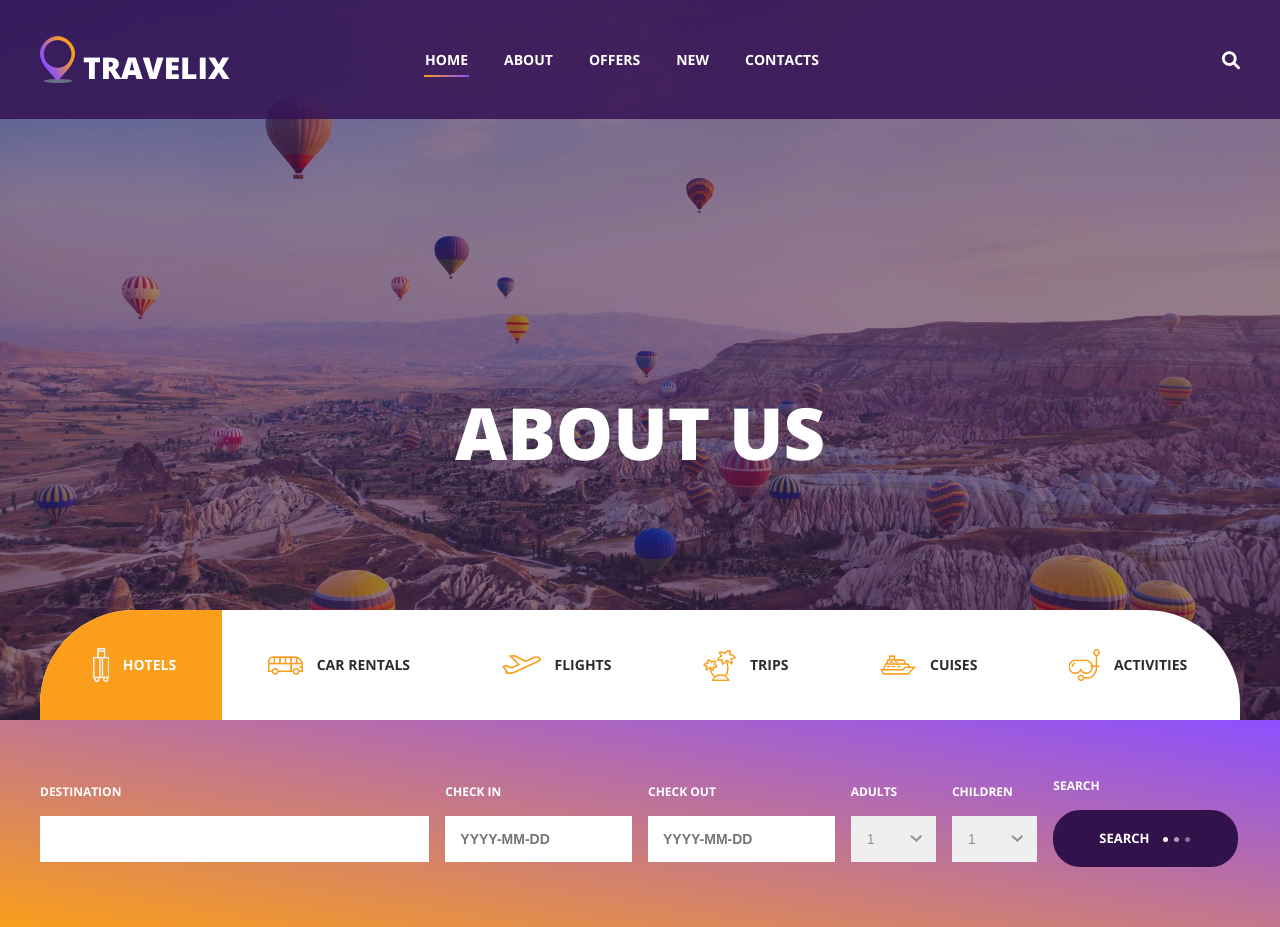
Repository: phamhuuloc/Travelix_Template
Page: offers.html
An editor plug-in stored every save of this project. The page is shown before and after the next save, followed by the edit.
The browser window is 1280 px wide. The pictures show the whole page.
Some web fonts or font styles are not loaded; a fallback is used.

Above is the page before, as saved 2021-10-15 11:19:58.

### offers.html
<!DOCTYPE html>
<html lang="en">
  <head>
    <meta charset="UTF-8" />
    <meta http-equiv="X-UA-Compatible" content="IE=edge" />
    <meta name="viewport" content="width=device-width, initial-scale=1.0" />
    <title>Document</title>
    <link rel="shortcut icon" href="./assets/img/logo.png" />
    <link
      href="https://fonts.googleapis.com/css2?family=Caramel&display=swap"
      rel="stylesheet"
    />
    <!-- GOOGLE FONT -->
    <link
      href="https://fonts.googleapis.com/css2?family=Birthstone&display=swap"
      rel="stylesheet"
    />
    <!-- FONT AWESOME -->
    <link
      rel="stylesheet"
      href="https://cdnjs.cloudflare.com/ajax/libs/font-awesome/6.0.0-beta2/css/all.min.css"
      integrity="sha512-YWzhKL2whUzgiheMoBFwW8CKV4qpHQAEuvilg9FAn5VJUDwKZZxkJNuGM4XkWuk94WCrrwslk8yWNGmY1EduTA=="
      crossorigin="anonymous"
      referrerpolicy="no-referrer"
    />
    <!-- CSS -->
    <link rel="stylesheet" href="./assets/css/reset.css" />
    <link rel="stylesheet" href="./assets/css/grid.css" />
    <link rel="stylesheet" href="./assets/css/base.css" />
    <link rel="stylesheet" href="./assets/css/offer.css" />
  </head>
  <body></body>
</html>
<header class="header">
  <div class="header-topbar" style="display: none">
    <div class="grid wide">
      <div class="header-topbar__container">
        <div class="row">
          <div class="col l-6">
            <div class="header-topbar__contact">
              <ul>
                <li>
                  <a href="">+84 945 000 917</a>
                </li>
                <li>
                  <a href=""><i class="fab fa-pinterest"></i></a>
                </li>
                <li>
                  <a href=""><i class="fab fa-facebook-f"></i></a>
                </li>
                <li>
                  <a href=""><i class="fab fa-twitter"></i></a>
                </li>
                <li>
                  <a href=""><i class="fab fa-dribbble"></i></a>
                </li>
                <li>
                  <a href=""><i class="fab fa-behance"></i></a>
                </li>
                <li>
                  <a href=""><i class="fab fa-linkedin-in"></i></a>
                </li>
              </ul>
            </div>
          </div>
          <div class="col l-6">
            <div class="header-topbar__login">
              <ul>
                <li><a href="">Login</a></li>
                <li><a href="">|</a></li>
                <li><a href="">Register</a></li>
              </ul>
            </div>
          </div>
        </div>
      </div>
    </div>
  </div>
  <div class="header-nav">
    <div class="grid wide">
      <div class="header-nav__container">
        <div class="row">
          <div class="col l-3">
            <div class="logo">
              <a href="" class="logo__link">
                <img src="./assets/img/logo.png" alt="" />
                <h2 class="logo__text">Travelix</h2>
              </a>
            </div>
          </div>
          <div class="col l-6 m-0 c-0">
            <div class="nav-menu">
              <ul class="nav-menu__list">
                <li class="nav-menu__item active">
                  <a href="./index.html" class="nav-menu__link">Home</a>
                </li>
                <li class="nav-menu__item">
                  <a href="./about.html" class="nav-menu__link">About</a>
                </li>
                <li class="nav-menu__item">
                  <a href="./offers.html" class="nav-menu__link">Offers</a>
                </li>
                <li class="nav-menu__item">
                  <a href="" class="nav-menu__link">New</a>
                </li>
                <li class="nav-menu__item">
                  <a href="" class="nav-menu__link">Contacts</a>
                </li>
              </ul>
            </div>
          </div>
          <div class="col l-3">
            <div class="header-search">
              <i class="fas fa-search header-search__icon"></i>
            </div>
          </div>
        </div>
      </div>
    </div>
  </div>
</header>
<div class="home">
  <div
    class="home-background"
    style="background-image: url(./assets/img/about.jpg)"
  ></div>
  <div class="home__title"><h1>About us</h1></div>
</div>
<section class="search">
  <div class="grid wide">
    <div class="search-option grid wide">
      <ul class="search-option__list">
        <li class="search-option__item active">
          <img
            src="./assets/img/suitcase.png"
            alt=""
            class="search-option__icon"
          />
          <span class="search-option__desc">Hotels</span>
        </li>
        <li class="search-option__item">
          <img src="./assets/img/bus.png" alt="" class="search-option__icon" />
          <span class="search-option__desc">car rentals</span>
        </li>
        <li class="search-option__item">
          <img
            src="./assets/img/departure.png"
            alt=""
            class="search-option__icon"
          />
          <span class="search-option__desc">flights</span>
        </li>
        <li class="search-option__item">
          <img
            src="./assets/img/island.png"
            alt=""
            class="search-option__icon"
          />
          <span class="search-option__desc">Trips</span>
        </li>
        <li class="search-option__item">
          <img
            src="./assets/img/cruise.png"
            alt=""
            class="search-option__icon"
          />
          <span class="search-option__desc">cuises</span>
        </li>
        <li class="search-option__item">
          <img
            src="./assets/img/diving.png"
            alt=""
            class="search-option__icon"
          />
          <span class="search-option__desc">Activities</span>
        </li>
      </ul>
    </div>
    <div class="search-destination">
      <div class="row sm-gutter">
        <div class="search__item col l-4">
          <div class="search__item-container">
            <h4>Destination</h4>
            <input type="text" class="search__item-input" />
          </div>
        </div>
        <div class="search__item col l-2">
          <div class="search__item-container">
            <h4>check In</h4>
            <input
              type="text"
              class="search__item-input"
              placeholder="YYYY-MM-DD"
            />
          </div>
        </div>
        <div class="search__item col l-2">
          <div class="search__item-container">
            <h4>check Out</h4>
            <input
              type="text"
              class="search__item-input"
              placeholder="YYYY-MM-DD"
            />
          </div>
        </div>
        <div class="search__item col l-1">
          <div class="search__item-container">
            <h4>Adults</h4>
            <!-- <input
                  type="number"
                  value="1"
                  min="1"
                  max="6"
                  class="search__item-input"
                /> -->
            <select
              class="search__item-select"
              style="background-image: url(./assets/img/dropdown.png)"
            >
              <option value="">1</option>
              <option value="">2</option>
              <option value="">3</option>
            </select>
          </div>
        </div>
        <div class="search__item col l-1">
          <div class="search__item-container">
            <h4>Children</h4>
            <select
              class="search__item-select"
              style="background-image: url(./assets/img/dropdown.png)"
            >
              <option value="">1</option>
              <option value="">2</option>
              <option value="">3</option>
            </select>
          </div>
        </div>
        <div class="search__item col l-2">
          <div class="search__item-container">
            <h4>Search</h4>
            <div class="search-destination__btn">
              <a href="#" class="btn-link">
                Search
                <span></span>
                <span></span>
                <span></span>
              </a>
            </div>
          </div>
        </div>
      </div>
    </div>
  </div>
</section>

### assets/css/grid.css
.grid {
  width: 100%;
  padding: 0;
}
.grid.wide {
  max-width: 1200px;

  margin: 0 auto;
}
.row {
  display: flex;
  flex-wrap: wrap;
  margin-left: -4px;
  margin-right: -4px;
}
.row.no-gutters {
  margin-left: 0;
  margin-right: 0;
}
.col {
  padding-left: 4px;
  padding-right: 4px;
}
.row.no-gutters .col {
  margin-left: 0;
  margin-right: 0;
}

.c-0 {
  display: none;
}

.c-1 {
  flex: 0 0 8.33333%;
  max-width: 8.33333%;
}

.c-2 {
  flex: 0 0 16.66667%;
  max-width: 16.66667%;
}

.c-3 {
  flex: 0 0 25%;
  max-width: 25%;
}

.c-4 {
  flex: 0 0 33.33333%;
  max-width: 33.33333%;
}

.c-5 {
  flex: 0 0 41.66667%;
  max-width: 41.66667%;
}

.c-6 {
  flex: 0 0 50%;
  max-width: 50%;
}

.c-7 {
  flex: 0 0 58.33333%;
  max-width: 58.33333%;
}

.c-8 {
  flex: 0 0 66.66667%;
  max-width: 66.66667%;
}

.c-9 {
  flex: 0 0 75%;
  max-width: 75%;
}

.c-10 {
  flex: 0 0 83.33333%;
  max-width: 83.33333%;
}

.c-11 {
  flex: 0 0 91.66667%;
  max-width: 91.66667%;
}

.c-12 {
  flex: 0 0 100%;
  max-width: 100%;
}

.c-o-1 {
  margin-left: 8.33333%;
}

.c-o-2 {
  margin-left: 16.66667%;
}

.c-o-3 {
  margin-left: 25%;
}

.c-o-4 {
  margin-left: 33.33333%;
}

.c-o-5 {
  margin-left: 41.66667%;
}

.c-o-6 {
  margin-left: 50%;
}

.c-o-7 {
  margin-left: 58.33333%;
}

.c-o-8 {
  margin-left: 66.66667%;
}

.c-o-9 {
  margin-left: 75%;
}

.c-o-10 {
  margin-left: 83.33333%;
}

.c-o-11 {
  margin-left: 91.66667%;
}
/* TABLET */
@media (min-width: 740px) {
  .row {
    margin-left: -8px;
    margin-right: -8px;
  }
  .col {
    padding-right: 8px;
    padding-left: 8px;
  }
  .m-0 {
    display: none;
  }
  .m-1,
  .m-2,
  .m-3,
  .m-4,
  .m-5,
  .m-6,
  .m-7,
  .m-8,
  .m-9,
  .m-10,
  .m-11,
  .m-12 {
    display: block;
  }

  .m-1 {
    flex: 0 0 8.33333%;
    max-width: 8.33333%;
  }

  .m-2 {
    flex: 0 0 16.66667%;
    max-width: 16.66667%;
  }

  .m-3 {
    flex: 0 0 25%;
    max-width: 25%;
  }

  .m-4 {
    flex: 0 0 33.33333%;
    max-width: 33.33333%;
  }

  .m-5 {
    flex: 0 0 41.66667%;
    max-width: 41.66667%;
  }

  .m-6 {
    flex: 0 0 50%;
    max-width: 50%;
  }

  .m-7 {
    flex: 0 0 58.33333%;
    max-width: 58.33333%;
  }

  .m-8 {
    flex: 0 0 66.66667%;
    max-width: 66.66667%;
  }

  .m-9 {
    flex: 0 0 75%;
    max-width: 75%;
  }

  .m-10 {
    flex: 0 0 83.33333%;
    max-width: 83.33333%;
  }

  .m-11 {
    flex: 0 0 91.66667%;
    max-width: 91.66667%;
  }

  .m-12 {
    flex: 0 0 100%;
    max-width: 100%;
  }

  .m-o-1 {
    margin-left: 8.33333%;
  }

  .m-o-2 {
    margin-left: 16.66667%;
  }

  .m-o-3 {
    margin-left: 25%;
  }

  .m-o-4 {
    margin-left: 33.33333%;
  }

  .m-o-5 {
    margin-left: 41.66667%;
  }

  .m-o-6 {
    margin-left: 50%;
  }

  .m-o-7 {
    margin-left: 58.33333%;
  }

  .m-o-8 {
    margin-left: 66.66667%;
  }

  .m-o-9 {
    margin-left: 75%;
  }

  .m-o-10 {
    margin-left: 83.33333%;
  }

  .m-o-11 {
    margin-left: 91.66667%;
  }
}
/* PC MEDIUM RESOLUTION */
@media (min-width: 1113px) {
  .row {
    margin-left: -12px;
    margin-right: -12px;
  }
  .row.sm-gutter {
    margin-left: -8px;
    margin-right: -8px;
  }
  .col {
    padding-left: 12px;
    padding-right: 12px;
  }
  .row.sm-gutter .col {
    padding-left: 8px;
    padding-right: 8px;
  }
  .l-0 {
    display: none;
  }

  .l-1,
  .l-2,
  .l-2-4,
  .l-3,
  .l-4,
  .l-5,
  .l-6,
  .l-7,
  .l-8,
  .l-9,
  .l-10,
  .l-11,
  .l-12 {
    display: block;
  }

  .l-1 {
    flex: 0 0 8.33333%;
    max-width: 8.33333%;
  }

  .l-2 {
    flex: 0 0 16.66667%;
    max-width: 16.66667%;
  }

  .l-2-4 {
    flex: 0 0 20%;
    max-width: 20%;
  }

  .l-3 {
    flex: 0 0 25%;
    max-width: 25%;
  }

  .l-4 {
    flex: 0 0 33.33333%;
    max-width: 33.33333%;
  }

  .l-5 {
    flex: 0 0 41.66667%;
    max-width: 41.66667%;
  }

  .l-6 {
    flex: 0 0 50%;
    max-width: 50%;
  }

  .l-7 {
    flex: 0 0 58.33333%;
    max-width: 58.33333%;
  }

  .l-8 {
    flex: 0 0 66.66667%;
    max-width: 66.66667%;
  }

  .l-9 {
    flex: 0 0 75%;
    max-width: 75%;
  }

  .l-10 {
    flex: 0 0 83.33333%;
    max-width: 83.33333%;
  }

  .l-11 {
    flex: 0 0 91.66667%;
    max-width: 91.66667%;
  }

  .l-12 {
    flex: 0 0 100%;
    max-width: 100%;
  }

  .l-o-1 {
    margin-left: 8.33333%;
  }

  .l-o-2 {
    margin-left: 16.66667%;
  }

  .l-o-3 {
    margin-left: 25%;
  }

  .l-o-4 {
    margin-left: 33.33333%;
  }

  .l-o-5 {
    margin-left: 41.66667%;
  }

  .l-o-6 {
    margin-left: 50%;
  }

  .l-o-7 {
    margin-left: 58.33333%;
  }

  .l-o-8 {
    margin-left: 66.66667%;
  }

  .l-o-9 {
    margin-left: 75%;
  }

  .l-o-10 {
    margin-left: 83.33333%;
  }

  .l-o-11 {
    margin-left: 91.66667%;
  }
}
/* TABLET AND PC */
@media (min-width: 740px) and (max-width: 1023px) {
  .wide {
    width: 644px;
  }
}
/* > PC  LOW RESOLUTION */
@media (min-width: 1024px) and (max-width: 1239px) {
  .wide {
    width: 984px;
  }
}
.form__item {
  display: flex;
  flex-direction: column;
}

### assets/css/offer.css
.home__title {
  position: absolute;
  top: 55%;
  left: 50%;
  transform: translateX(-50%);
}
.home__title h1 {
  font-size: 7.2rem;
  font-weight: 800;
  color: var(--white-color);
  text-transform: uppercase;
}

Loaded but not shown: assets/css/reset.css (common file); assets/css/base.css (556 lines, source omitted)

After the next save:
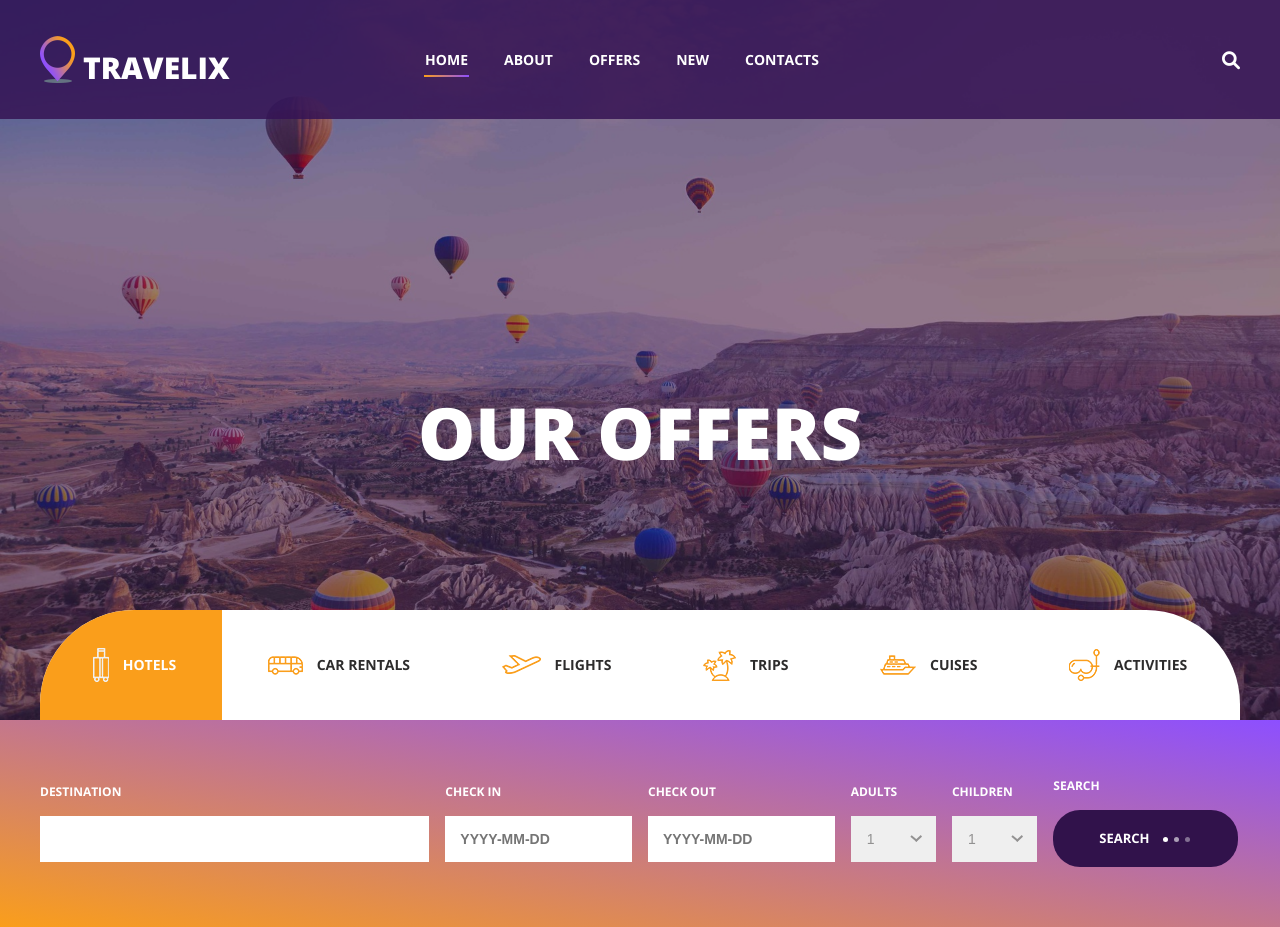
Saved 19 s later.
--- a/offers.html
+++ b/offers.html
@@ -124,7 +124,7 @@
     class="home-background"
     style="background-image: url(./assets/img/about.jpg)"
   ></div>
-  <div class="home__title"><h1>About us</h1></div>
+  <div class="home__title"><h1>Our offers</h1></div>
 </div>
 <section class="search">
   <div class="grid wide">
